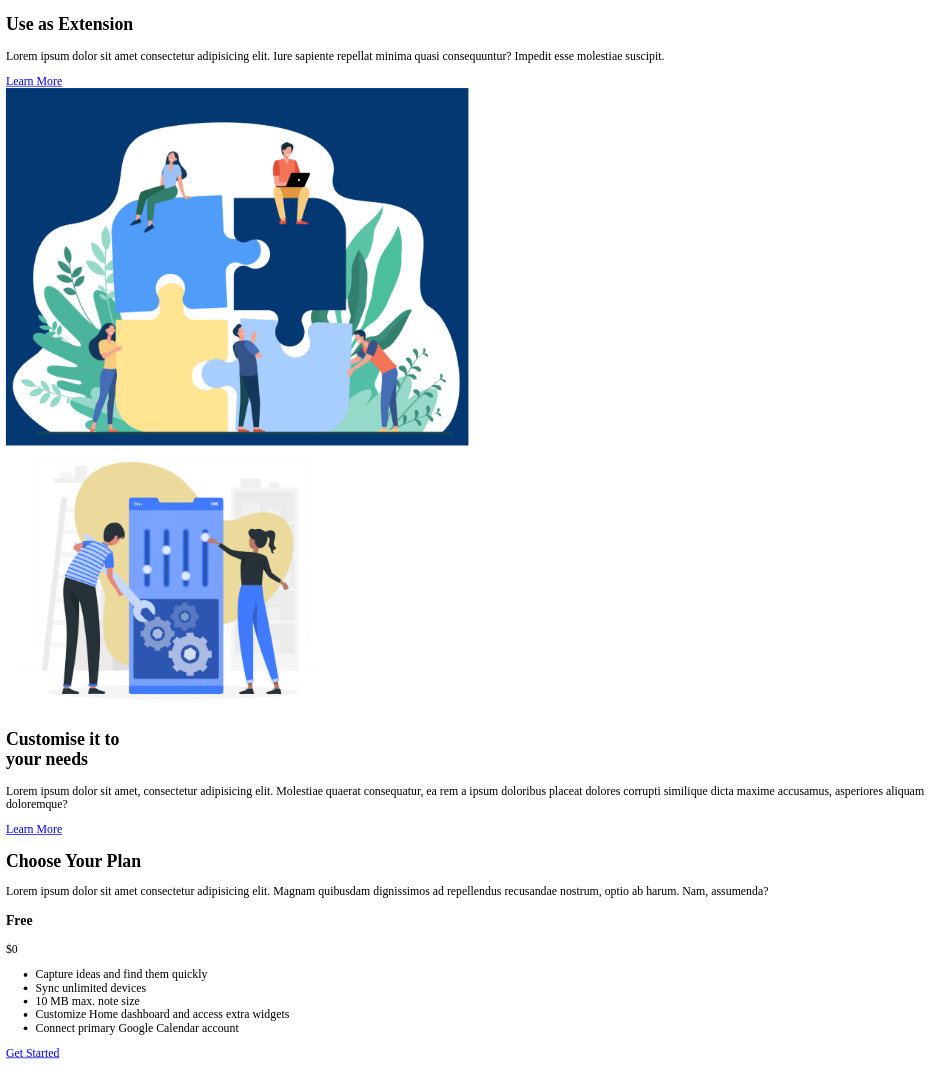
Repository: rinesagajtani0/whitespace_saas
Page: index.html
An editor plug-in stored every save of this project. The page is shown before and after a run of saves, followed by the edit.
The browser window is 1280 px wide. The pictures show the whole page, at 74% of full size.

Above is the page before, as saved 2025-11-01 16:01:34.

After the next 2 saves:
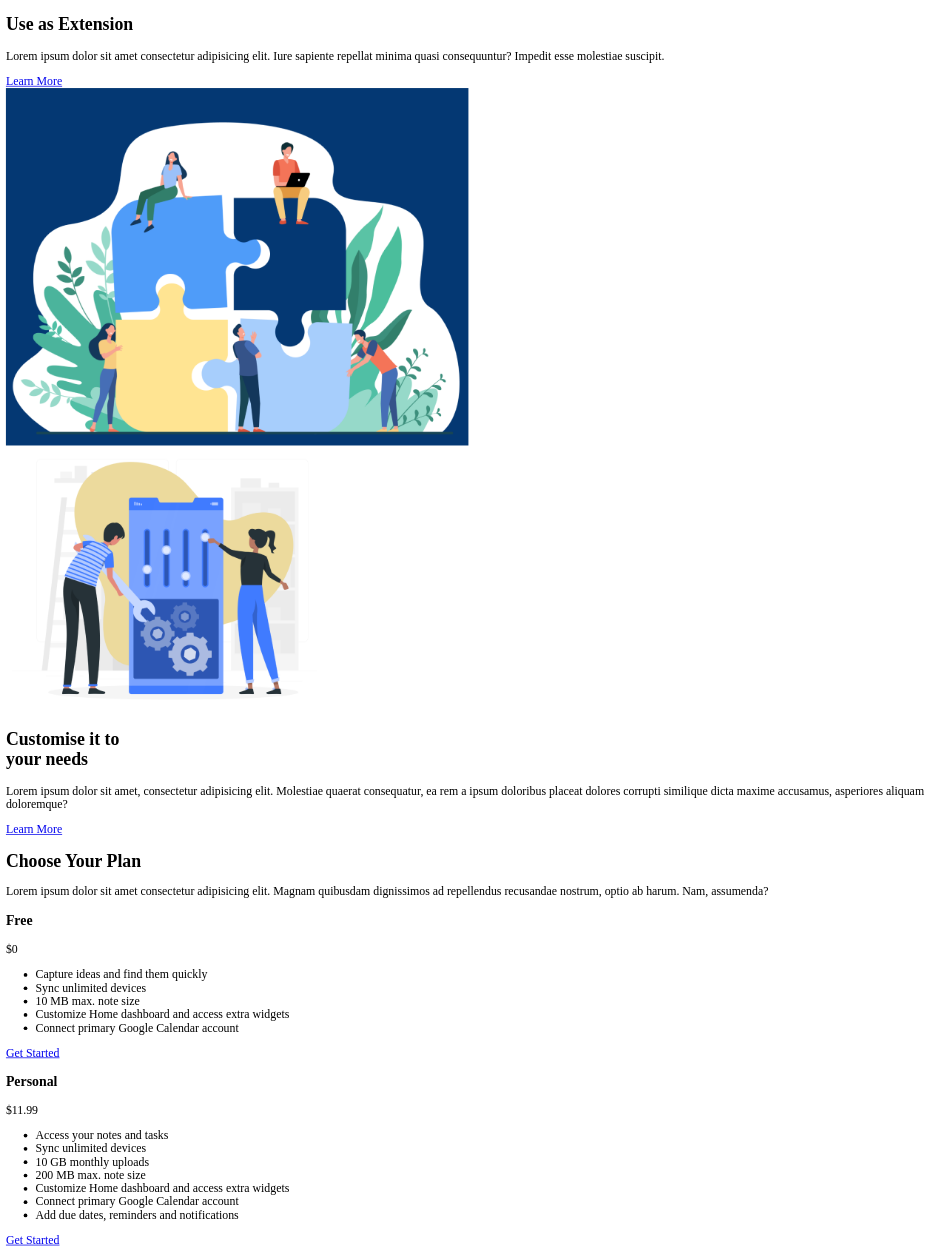
The 2 saves are shown as one change because they came seconds apart.
The last was saved 43 s later.
--- a/index.html
+++ b/index.html
@@ -74,6 +74,23 @@
           </ul>
           <a href="#" class="btn btn--outline">Get Started</a>
         </div>
+
+        <div class="pricing__card pricing__card--featured">
+          <h3 class="pricing__plan">Personal</h3>
+          <p class="pricing__price">$11.99</p>
+          <ul class="pricing__features">
+            <li>Access your notes and tasks</li>
+            <li>Sync unlimited devices</li>
+            <li>10 GB monthly uploads</li>
+            <li>200 MB max. note size</li>
+            <li>Customize Home dashboard and access extra widgets</li>
+            <li>Connect primary Google Calendar account</li>
+            <li>Add due dates, reminders and notifications</li>
+          </ul>
+          <a href="#" class="btn btn--light btn--full">Get Started</a>
+        </div>
+
+
         </div>
       </div>
     </section>
